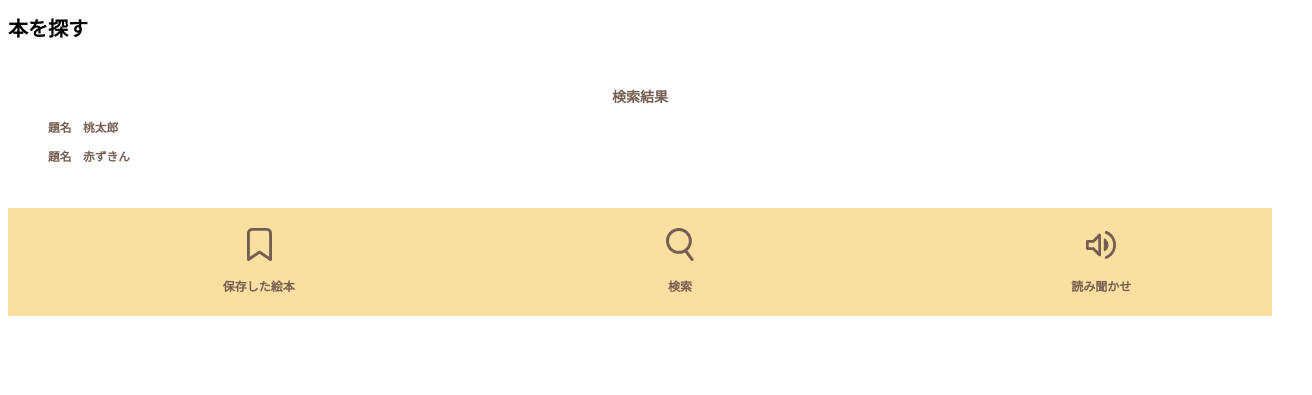
Repository: kmii12/2024-teampj
Page: /result
An editor plug-in stored every save of this project. The page is shown before and after a run of saves, followed by the edit.
The browser window is 1280 px wide. The page is 1312 px wide, so the pictures cover 1312 px, including what lies to the right of the window. The pictures show the whole page.
Some web fonts or font styles are not loaded; a fallback is used. The project was rebuilt for these pictures with package versions that can differ from the ones it lists, and the page was loaded fresh each time. The framework's server and built-in components were replaced by stand-ins that run in the browser. Also part of the build but not shown: next.config.mjs.

Above is the page before, as saved 2024-10-23 10:07:39.

### src/app/result/page.tsx
"use client";

import Link from "next/link";
import styles from "./Result.module.scss";
import { usePathname } from "next/navigation";

export default function Result() {
  const pathname = usePathname();

  //ダミーデータ（あとからfirebaseから取得）
  const ResultDatas = [
    {
      id: 1,
      title: "桃太郎",
      writer: "不明",
      illustrator: "不明",
      livingThing: ["人間", "陸の生き物", "空の生き物"],
      mainCharacter: "桃太郎",
      character: [
        "桃太郎",
        "犬",
        "猿",
        "キジ",
        "鬼",
        "おじいさん",
        "おばあさん",
      ],
      genre: "昔話",
      location: "日本",
      hue: "不明",
      atmosphere: "",
      season: "不明",
    },
    {
      id: 2,
      title: "赤ずきん",
      writer: "不明",
      illustrator: "不明",
      livingThing: ["人間", "陸の生き物", "空の生き物"],
      mainCharacter: "赤ずきん",
      character: ["赤ずきん", "おばあさん", "オオカミ"],
      hue: "不明",
      atmosphere: ["かわいい", "怖い"],
      genre: "昔話",
      location: "海外",
      season: "不明",
    },
  ];
  return (
    <>
      <h1>本を探す</h1>

      <div className={styles.resultContainer}>
        <h2>検索結果</h2>
        <ul className={styles.resultList}>
          {ResultDatas.map((result) => (
            <li key={result.id} className={styles.resultListItem}>
              <h3 className="title">題名　{result.title}</h3>
            </li>
          ))}
        </ul>
      </div>
    </>
  );
}

### src/app/globals.css
html {
  font-size: 62.5%;
}

body {
  font-family: "Zen Maru Gothic", serif;
}

a {
  color: inherit;
  text-decoration: none;
}

li {
  list-style-type: none;
}

### src/app/components/Footer.tsx
"use client";

import Link from "next/link";
import styles from "./Footer.module.scss";
import { usePathname } from "next/navigation";

export default function Footer() {
  const pathname = usePathname();

  return (
    <footer className={styles.footer}>
      <nav>
        <ul>
          <li>
            <Link
              href="/saved"
              className={pathname === "/saved" ? styles.active : ""}
            >
              <svg
                xmlns="http://www.w3.org/2000/svg"
                width="40"
                height="40"
                viewBox="0 0 40 40"
                fill="none"
              >
                <path
                  d="M31.5577 36C31.2643 35.9944 30.9782 35.9096 30.7308 35.7549L20.5 28.7589L10.2692 35.7549C10.0433 35.8898 9.78379 35.9611 9.51923 35.9611C9.25467 35.9611 8.99521 35.8898 8.76923 35.7549C8.54791 35.643 8.3604 35.4762 8.22542 35.271C8.09043 35.0658 8.01271 34.8295 8 34.5857V8.18571C8 6.81038 8.55718 5.49137 9.54895 4.51886C10.5407 3.54635 11.8859 3 13.2885 3H27.7115C29.1141 3 30.4593 3.54635 31.451 4.51886C32.4428 5.49137 33 6.81038 33 8.18571V34.5857C33.001 34.8425 32.9297 35.0945 32.7939 35.3141C32.6582 35.5337 32.4633 35.7123 32.2308 35.8303C32.0245 35.9413 31.793 35.9996 31.5577 36ZM20.5 25.6286C20.7947 25.6255 21.0833 25.7111 21.3269 25.8737L30.1154 31.8703V8.18571C30.1154 7.56056 29.8621 6.96101 29.4113 6.51896C28.9605 6.07691 28.3491 5.82857 27.7115 5.82857H13.2885C12.6509 5.82857 12.0395 6.07691 11.5887 6.51896C11.1379 6.96101 10.8846 7.56056 10.8846 8.18571V31.8703L19.6731 25.8737C19.9167 25.7111 20.2053 25.6255 20.5 25.6286Z"
                  fill={pathname === "/saved" ? "#c96868" : "#755D52"}
                />
              </svg>
              <p
                style={{
                  color: pathname === "/saved" ? "#c96868" : "#755D52",
                }}
              >
                保存した絵本
              </p>
            </Link>
          </li>
          <li>
            <Link href="/" className={pathname === "/" ? styles.active : ""}>
              <svg
                xmlns="http://www.w3.org/2000/svg"
                width="40"
                height="40"
                viewBox="0 0 40 40"
                fill="none"
              >
                <path
                  fillRule="evenodd"
                  clipRule="evenodd"
                  d="M18.9346 25.8692C24.4214 25.8692 28.8692 21.4214 28.8692 15.9346C28.8692 10.4479 24.4214 6 18.9346 6C13.4479 6 9 10.4479 9 15.9346C9 21.4214 13.4479 25.8692 18.9346 25.8692ZM18.9346 28.8692C26.0782 28.8692 31.8692 23.0782 31.8692 15.9346C31.8692 8.79103 26.0782 3 18.9346 3C11.791 3 6 8.79103 6 15.9346C6 23.0782 11.791 28.8692 18.9346 28.8692Z"
                  fill={pathname === "/" ? "#c96868" : "#755D52"}
                />
                <path
                  fillRule="evenodd"
                  clipRule="evenodd"
                  d="M33.0447 35.7533C32.3807 36.2486 31.4408 36.1119 30.9455 35.4479L25.0052 27.4848C24.5099 26.8208 24.6466 25.881 25.3106 25.3856C25.9746 24.8903 26.9145 25.027 27.4098 25.691L33.3501 33.6541C33.8455 34.3181 33.7087 35.2579 33.0447 35.7533Z"
                  fill={pathname === "/" ? "#c96868" : "#755D52"}
                />
              </svg>
              <p
                style={{
                  color: pathname === "/" ? "#c96868" : "#755D52",
                }}
              >
                検索
              </p>
            </Link>
          </li>
          <li>
            <Link
              href="/read"
              className={pathname === "/read" ? styles.active : ""}
            >
              <svg
                xmlns="http://www.w3.org/2000/svg"
                width="40"
                height="40"
                viewBox="0 0 40 40"
                fill="none"
              >
                <path
                  d="M32.2221 19.8994C32.2221 17.3902 31.5324 15.124 30.1529 13.1006C28.7732 11.0776 26.9538 9.59382 24.6946 8.64937C24.3335 8.49187 24.0742 8.24423 23.9167 7.90646C23.7592 7.5684 23.7499 7.22812 23.8888 6.88562C24.0371 6.51507 24.2987 6.25576 24.6737 6.10771C25.0487 5.95965 25.4307 5.96424 25.8196 6.12146C28.5879 7.27896 30.8101 9.10076 32.4862 11.5869C34.1621 14.073 35 16.8438 35 19.8994C35 22.9549 34.1621 25.7258 32.4862 28.2119C30.8101 30.698 28.5879 32.5198 25.8196 33.6773C25.4307 33.8345 25.0487 33.8391 24.6737 33.691C24.2987 33.543 24.0371 33.2837 23.8888 32.9131C23.7499 32.5706 23.7592 32.2303 23.9167 31.8923C24.0742 31.5545 24.3335 31.3069 24.6946 31.1494C26.9538 30.2049 28.7732 28.7212 30.1529 26.6981C31.5324 24.6748 32.2221 22.4085 32.2221 19.8994ZM11.6667 24.941H6.38875C5.99069 24.941 5.65972 24.8091 5.39583 24.5452C5.13194 24.2813 5 23.9503 5 23.5523V16.3298C5 15.9317 5.13194 15.6008 5.39583 15.3369C5.65972 15.073 5.99069 14.941 6.38875 14.941H11.6667L17.6388 8.96896C18.074 8.53368 18.5764 8.4341 19.1458 8.67021C19.7153 8.90632 20 9.33451 20 9.95479V29.9273C20 30.5476 19.7153 30.9758 19.1458 31.2119C18.5764 31.448 18.074 31.3484 17.6388 30.9131L11.6667 24.941ZM27.5 19.941C27.5 21.293 27.1713 22.5315 26.5138 23.6565C25.8565 24.7815 24.9492 25.6587 23.7917 26.2881C23.5508 26.4178 23.3217 26.4109 23.1042 26.2673C22.8867 26.124 22.7779 25.9226 22.7779 25.6631V14.1631C22.7779 13.904 22.8867 13.7026 23.1042 13.559C23.3217 13.4156 23.5508 13.4087 23.7917 13.5381C24.9492 14.177 25.8565 15.0706 26.5138 16.219C27.1713 17.367 27.5 18.6077 27.5 19.941ZM17.2221 13.5244L12.8887 17.719H7.77792V22.1631H12.8887L17.2221 26.3856V13.5244Z"
                  fill={pathname === "/read" ? "#c96868" : "#755D52"}
                />
              </svg>
              <p
                style={{
                  color: pathname === "/read" ? "#c96868" : "#755D52",
                }}
              >
                読み聞かせ
              </p>
            </Link>
          </li>
        </ul>
      </nav>
    </footer>
  );
}

### src/app/result/Result.module.scss
@import "../styles/variables.scss";

.resultContainer {
  color: $text;
  margin: 44px 0; //resultPage全ての上下の余白
  // border: 1px solid #000;

  .resultTitle {
    position: relative;
    text-align: center;
    font-size: 1.4em;
  }
  h2 {
    position: relative;
    text-align: center;
    font-size: 1.4em;
  }
}

### src/app/components/Footer.module.scss
@import "../styles/variables.scss";

.footer {
  width: 100%;
  height: 14vh;
  padding-top: 1vh;
  background-color: $main;
  nav {
    width: inherit;
    height: inherit;
    ul {
      width: inherit;
      height: auto;
      display: flex;
      justify-content: space-around;
      align-items: center;
      li {
        width: calc(100% / 3);
        a {
          display: flex;
          flex-direction: column;
          justify-content: center;
          align-items: center;
          p {
            font-size: 1.2rem;
            font-weight: bold;
          }
        }
      }
    }
  }
}

### src/app/styles/variables.scss
// sassでカラーを使用するとき用

// 使用するファイルで最初に下記を記述
// コンポーネント用 → @import "../styles/variables.scss";
// ページ用 → @import "./styles/variables.scss";

$base: #fff4ea;
$main: #fadfa1;
$sub: #c96868;
$accent: #7eacb5;
$text: #755d52;

Loaded but not shown: src/app/layout.tsx (common file)

After the next 2 saves:
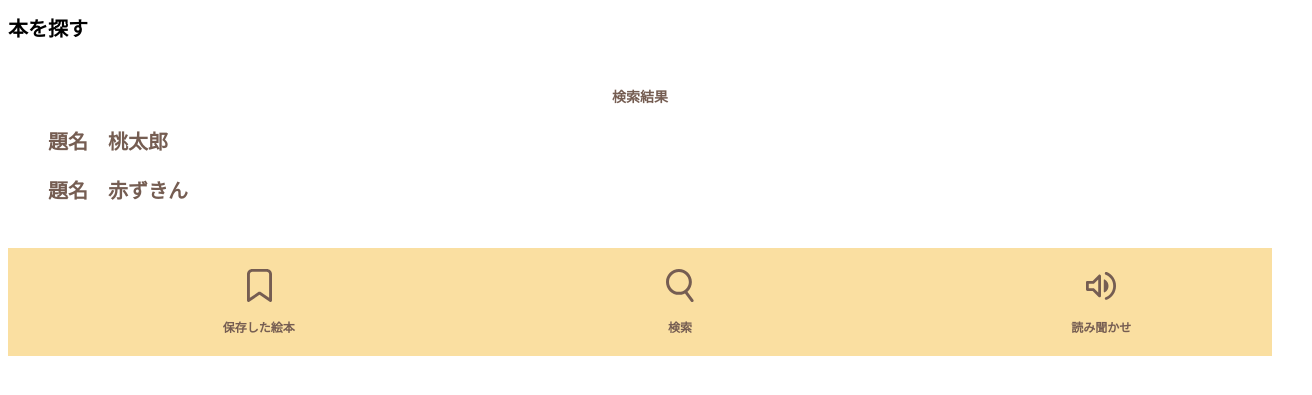
The 2 saves are shown as one change because they came seconds apart.
The last was saved 35 s later.
--- a/src/app/result/Result.module.scss
+++ b/src/app/result/Result.module.scss
@@ -5,14 +5,12 @@
   margin: 44px 0; //resultPage全ての上下の余白
   // border: 1px solid #000;
 
-  .resultTitle {
-    position: relative;
-    text-align: center;
-    font-size: 1.4em;
-  }
   h2 {
     position: relative;
     text-align: center;
     font-size: 1.4em;
   }
+  h3 {
+    font-size: 2em;
+  }
 }
